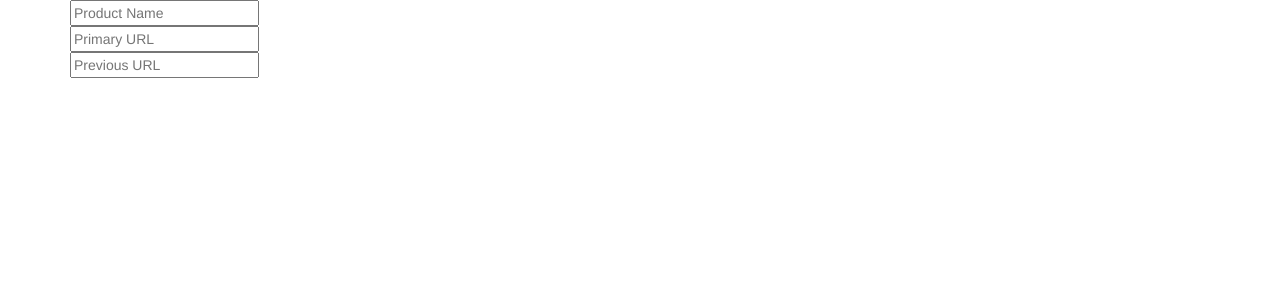
Repository: aneeshsingh/workspace
Page: http://localhost/analytics/OverallDashboard.jsp
An editor plug-in stored every save of this project. The page is shown before and after the next save, followed by the edit.
The browser window is 1280 px wide. The pictures show the whole page.
The page is served by Tomcat 9.

Above is the page before, as saved 2016-03-07 02:59:51.

After the next save:
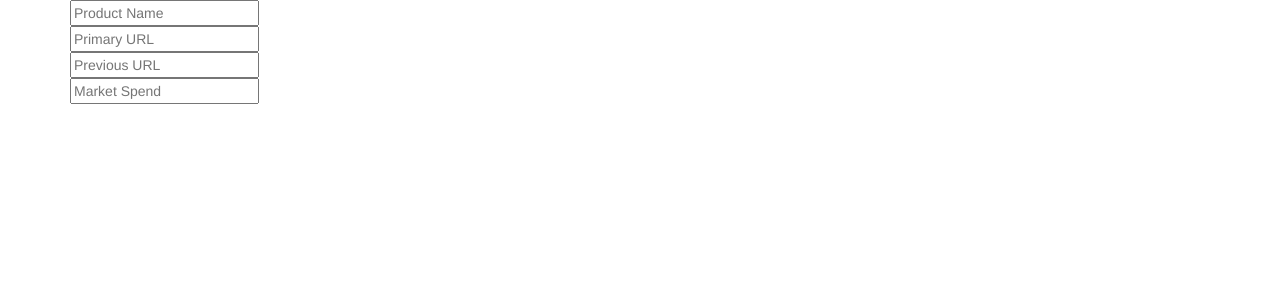
Saved 21 s later.
--- a/analytics/war/OverallDashboard.jsp
+++ b/analytics/war/OverallDashboard.jsp
@@ -60,6 +60,7 @@
 
 			<div class="col-md-12">
 
+			<input type="text" name="market_spend" id="market_spend" placeholder="Market Spend">
 
 			</div>
 
